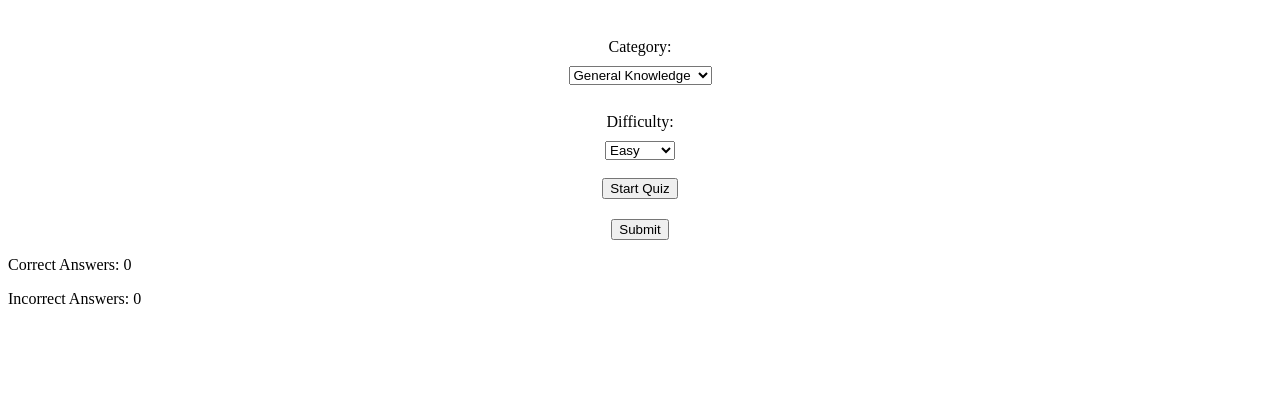
Repository: Kayla-amr/triviaSvelte
Page: /
The author's editor kept a copy of each file at every save. The page is drawn from the files as they stood at one save, then again after a run of saves.
The browser window is 1280 px wide. The pictures show the whole page.
The project was rebuilt for these pictures with package versions that can differ from the ones it lists, and the page was loaded fresh each time. The framework's server and built-in components were replaced by stand-ins that run in the browser. Also part of the build but not shown: svelte.config.js, vite.config.js.

Above is the page before, as saved 2023-03-18 09:20:35.

### src/routes/+page.svelte
<script>


	let questions = [];

	function startQuiz() {
		const category = document.getElementById('category').value;
		const difficulty = document.getElementById('difficulty').value;


		const apiUrl = `https://opentdb.com/api.php?amount=10&category=${category}&difficulty=${difficulty}&type=multiple`;
        console.log(apiUrl);

        fetch(apiUrl)
            .then((response) => response.json())
            .then((data) => {
                questions = data.results;
            });
	}


	let correctAnswers = 0;
	let incorrectAnswers = 0;
	let unanswered = 0;

	function submitTrivia() {

		for (let i = 0; i < questions.length; i++) {
			let question = questions[i].question;
			let correctAnswer = questions[i].correct_answer;
			let incorrectAnswers = questions[i].incorrect_answers;
			let userAnswer = document.querySelector(`input[name="${question}"]:checked`).value;


			if (userAnswer === correctAnswer) {
				correctAnswers++;
			} else if (userAnswer === undefined) {
				unanswered++;
			} else {
				incorrectAnswers++;
			}
		}
	}
</script>

<div>
	<form id="quiz-form">

		<label for="category">Category:</label>
		<select id="category" name="category">
			<option value="9">General Knowledge</option>
			<option value="10">Books</option>
			<option value="11">Film</option>
			<option value="12">Music</option>
            <option value="13">Musicals & Theatres</option>
			<!-- Add more options for other categories -->
		</select><br />

		<label for="difficulty">Difficulty:</label>
		<select id="difficulty" name="difficulty">
			<option value="easy">Easy</option>
			<option value="medium">Medium</option>
			<option value="hard">Hard</option>
		</select><br />


		<button on:click={startQuiz}>Start Quiz</button>
	</form>
</div>

<div>
	<form action="triviaQuestions">
		{#each questions as question}
			<p>{@html question.question}</p>
			<input
				type="radio"
				name={question.question}
				value={question.correct_answer}
				id="correctAnswer"
			/>{@html question.correct_answer}<br />
			{#each question.incorrect_answers as incorrect}
				<input
					type="radio"
					name={question.question}
					value={incorrect}
					id="IncorrectAnswer"
				/>{@html incorrect}<br />
			{/each}
		{/each}

		<button on:click={submitTrivia}>Submit</button>
	</form>

	<div>
		<p>Correct Answers: {correctAnswers}</p>
		<p>Incorrect Answers: {incorrectAnswers}</p>
	</div>
</div>

<style>
    form {
        display: flex;
        flex-direction: column;
        align-items: center;
        padding-top: 20px;
    }
    label {
        padding: 10px;
    }
</style>

Loaded but not shown: src/app.html (common file)

After the next 2 saves:
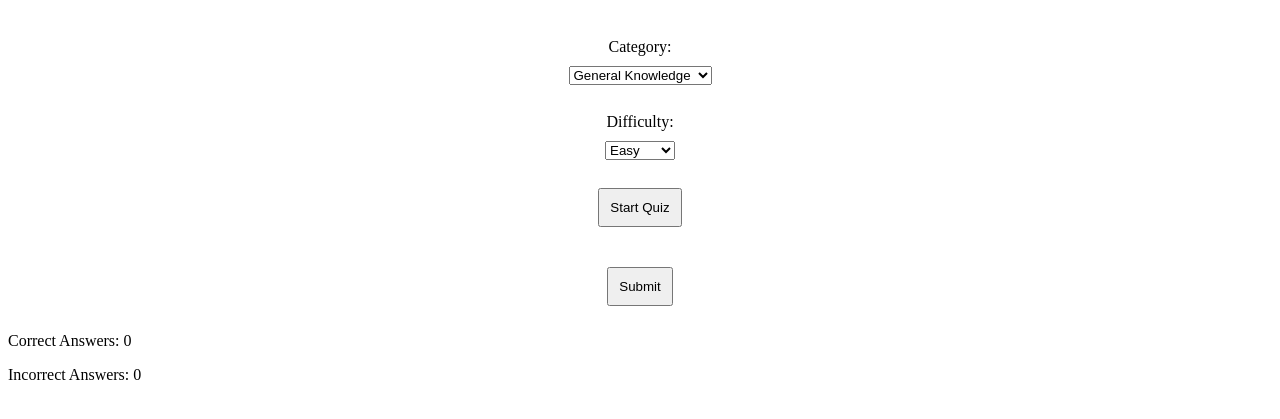
The 2 saves are shown as one change because they came seconds apart.
The last was saved 22 s later.
--- a/src/routes/+page.svelte
+++ b/src/routes/+page.svelte
@@ -107,4 +107,8 @@
     label {
         padding: 10px;
     }
+    button {
+        padding: 10px;
+        margin: 10px;
+    }
 </style>
